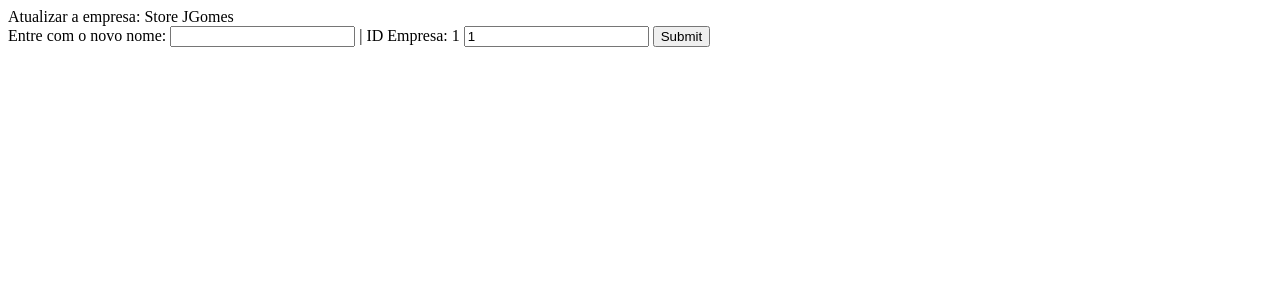
Repository: EmersonRGomes/study
Page: http://localhost/gerenciadorstudy/mostraEmpresa?id=1
An editor plug-in stored every save of this project. The page is shown before and after the next save, followed by the edit.
The browser window is 1280 px wide. The pictures show the whole page.
The page is served by Tomcat 9. Other server files are loaded and not shown.

Above is the page before, as saved 2022-08-01 20:00:20.

### gerenciadorstudy/webContent/FormAlteraEmpresa.jsp
<%@ taglib uri="http://java.sun.com/jsp/jstl/core" prefix="c" %>

<!DOCTYPE html>
<html>
<head>
<meta charset="ISO-8859-1">
<title>Insert title here</title>
</head>
<body>

	  <form action ="<c:url value="/alteraEmpresa"/>" method="post">


		Atualizar a empresa: ${empresa.nome} </br>
		Entre com o novo nome: <input type="text" name="nome">
		| ID Empresa: ${empresa.id} <input type="text" name="id" value="${empresa.id} ">
			  <input type="submit">
	</form>
</body>
</html>

### gerenciadorstudy/src/main/java/br/com/gerenciadorstudy/servlet/MostraEmpresaServlet.java
package br.com.gerenciadorstudy.servlet;

import java.io.IOException;
import java.util.List;

import javax.servlet.RequestDispatcher;
import javax.servlet.ServletException;
import javax.servlet.annotation.WebServlet;
import javax.servlet.http.HttpServlet;
import javax.servlet.http.HttpServletRequest;
import javax.servlet.http.HttpServletResponse;

/**
 * Servlet implementation class MostraEmpresaServlet
 */
@WebServlet("/mostraEmpresa")
public class MostraEmpresaServlet extends HttpServlet {
	private static final long serialVersionUID = 1L;

	protected void doGet(HttpServletRequest request, HttpServletResponse response) throws ServletException, IOException {
		String paremId = request.getParameter("id");
		Integer id  = Integer.valueOf(paremId);

		Banco banco = new Banco();

		Empresa emp = banco.buscaEmpresaID(id);

		System.out.println(emp.getNome()+" "+emp.getId());


		request.setAttribute("empresa", emp);
		RequestDispatcher rd = request.getRequestDispatcher("/FormAlteraEmpresa.jsp");
		rd.forward(request, response);
		}

}

### gerenciadorstudy/src/main/java/br/com/gerenciadorstudy/servlet/Banco.java
package br.com.gerenciadorstudy.servlet;

import java.util.ArrayList;
import java.util.Iterator;
import java.util.List;

public class Banco {

	private static List<Empresa> lista = new ArrayList<>();
	private static Integer chaveSequencial = 1;

	static {
		Empresa empresa2 = new Empresa();
		empresa2.setNome("Store JGomes");
		empresa2.setId(chaveSequencial++);
		lista.add(empresa2);
		Empresa empresa3 = new Empresa();
		empresa3.setNome("Store J.E");
		empresa3.setId(chaveSequencial++);
		lista.add(empresa3);
	}

	public void adiconar(Empresa empresa) {
		empresa.setId(Banco.chaveSequencial++);
		Banco.lista.add(empresa);
	}

	public static List<Empresa> getEmpresa() {
		return Banco.lista;
	}

	public void remove(Integer empresaId) {

		Iterator<Empresa> it = lista.iterator();

		while (it.hasNext()) {
			Empresa emp = it.next();

			if (emp.getId() == empresaId) {
				it.remove();
				//outra opção lista.remove(empresa);
			}
		}

		// Quando utilizamos iteramos (Fazemos umalaço em uma lista) não conseguimos remover um valor
		/*
		 * for (Empresa empresa : lista) { if (empresa.getId() == empresaId) {
		 * lista.remove(empresa); }
		 *
		 * }
		 */
	}

	public void atualizar(String nome, Empresa emp) {
		emp.setNome(nome);
	}

	public Empresa buscaEmpresaID(Integer id) {
		for (Empresa empresa : lista) {
			if(empresa.getId() == id) {
				return empresa;
			}
		}
		return null;
	}



}

### gerenciadorstudy/src/main/java/br/com/gerenciadorstudy/servlet/Empresa.java
package br.com.gerenciadorstudy.servlet;

import java.util.Date;

public class Empresa {

	//Atributos
	private int id;
	private String nome;
	private Date dataAbertura = new Date();

	public Empresa() {
	}

	public Empresa(String nome) {
		this.nome = nome;
	}

	//Getters e Setters
	public Date getDataAbertura() {
		return dataAbertura;
	}
	public void setDataAbertura(Date dataAbertura) {
		this.dataAbertura = dataAbertura;
	}

	public int getId() {
		return id;
	}
	public void setId(int id) {
		this.id = id;
	}
	public String getNome() {
		return nome;
	}
	public void setNome(String nome) {
		this.nome = nome;
	}


}

After the next save:
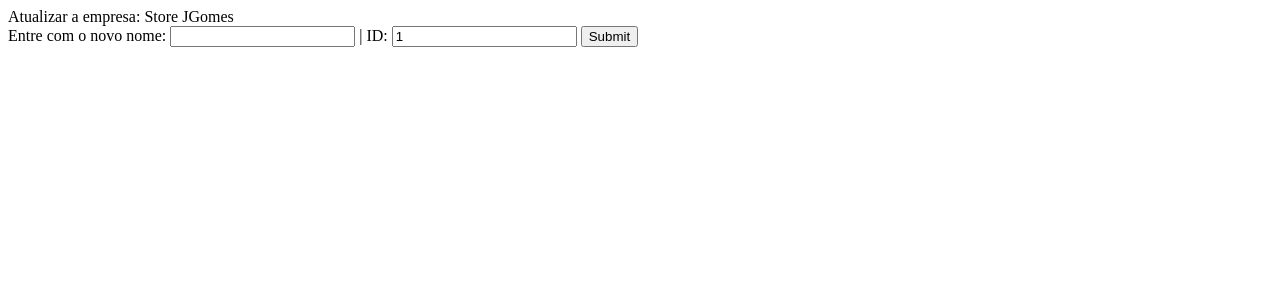
Saved 2 min 43 s later.
--- a/gerenciadorstudy/webContent/FormAlteraEmpresa.jsp
+++ b/gerenciadorstudy/webContent/FormAlteraEmpresa.jsp
@@ -13,7 +13,7 @@
 
 		Atualizar a empresa: ${empresa.nome} </br>
 		Entre com o novo nome: <input type="text" name="nome">
-		| ID Empresa: ${empresa.id} <input type="text" name="id" value="${empresa.id} ">
+		| ID: <input type="text" name="id" value="${empresa.id}">
 			  <input type="submit">
 	</form>
 </body>
